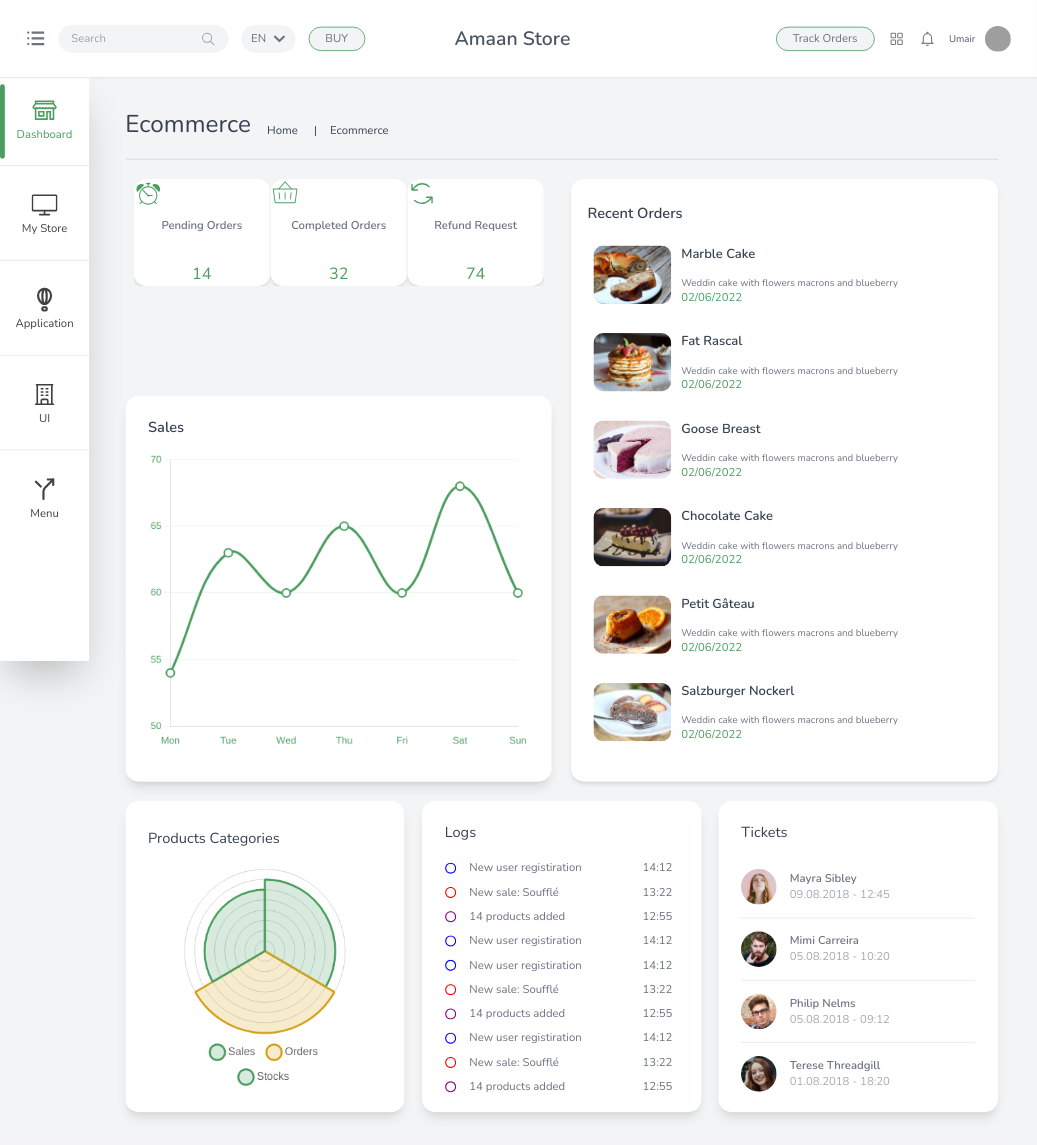
Repository: Ahsans-code/amaanstore
Page: / (app in client/)
An editor plug-in stored every save of this project. The page is shown before and after the next save, followed by the edit.
The browser window is 1280 px wide. The pictures show the whole page, at 81% of full size.
Pictures or frames that could not be fetched are drawn as grey boxes. An inner scrolling area shows only its first screen. The project was rebuilt for these pictures with package versions that can differ from the ones it lists, and the page was loaded fresh each time. Also part of the build but not shown: client/vite.config.js, client/src/pages/Mystore.jsx, client/src/pages/Application.jsx, client/src/pages/UI.jsx, client/src/pages/Menu.jsx.

Above is the page before, as saved 2024-11-06 00:20:11.

After the next save:
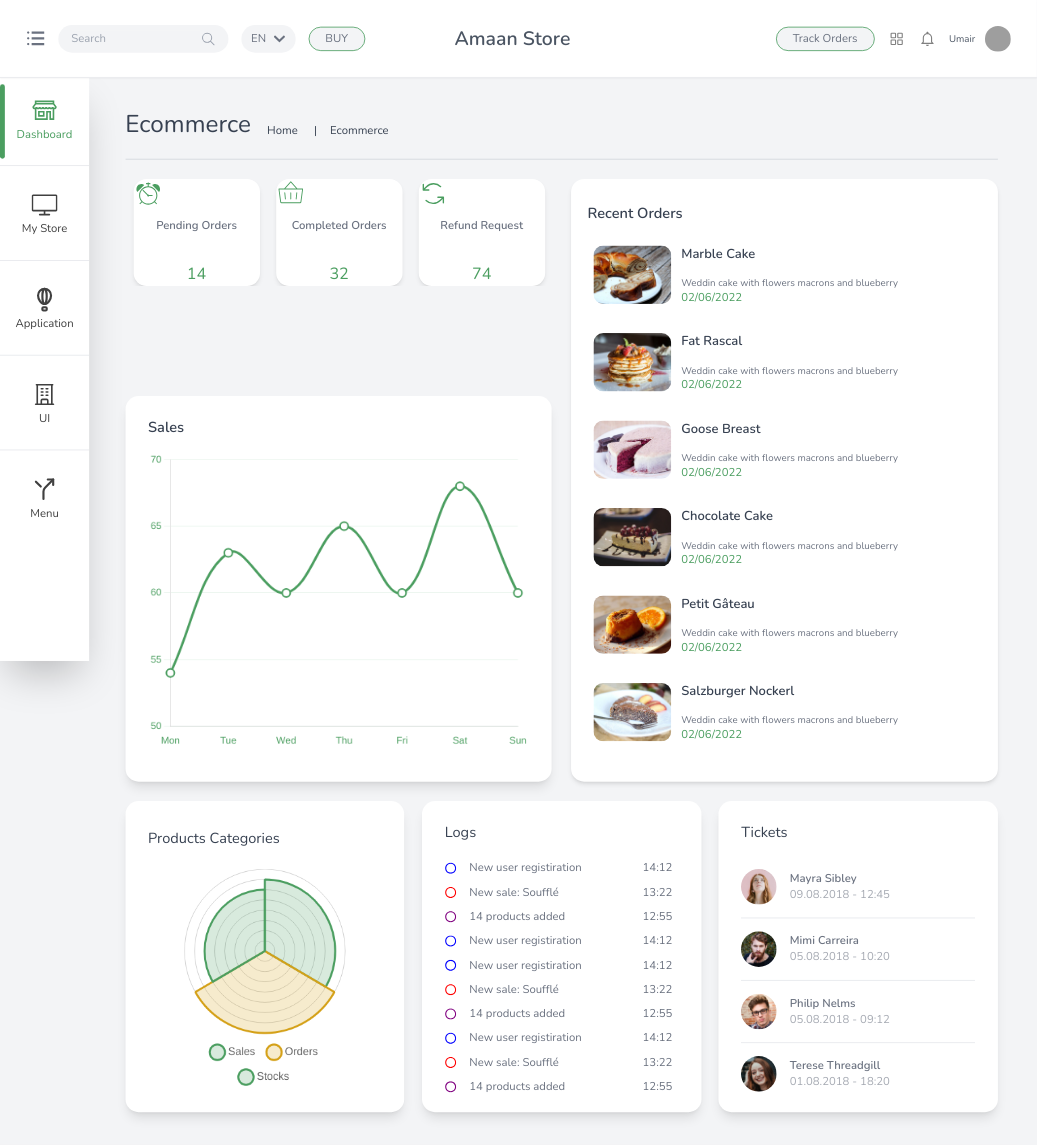
Saved 14 s later.
--- a/client/src/App.css
+++ b/client/src/App.css
@@ -36,6 +36,6 @@
 .custom-scrollbar::-webkit-scrollbar-thumb:hover {
     background: #ccc;
 }
-.slick-slider > div{
+.slick-slide > div{
     margin: 0px 10px;
 }
